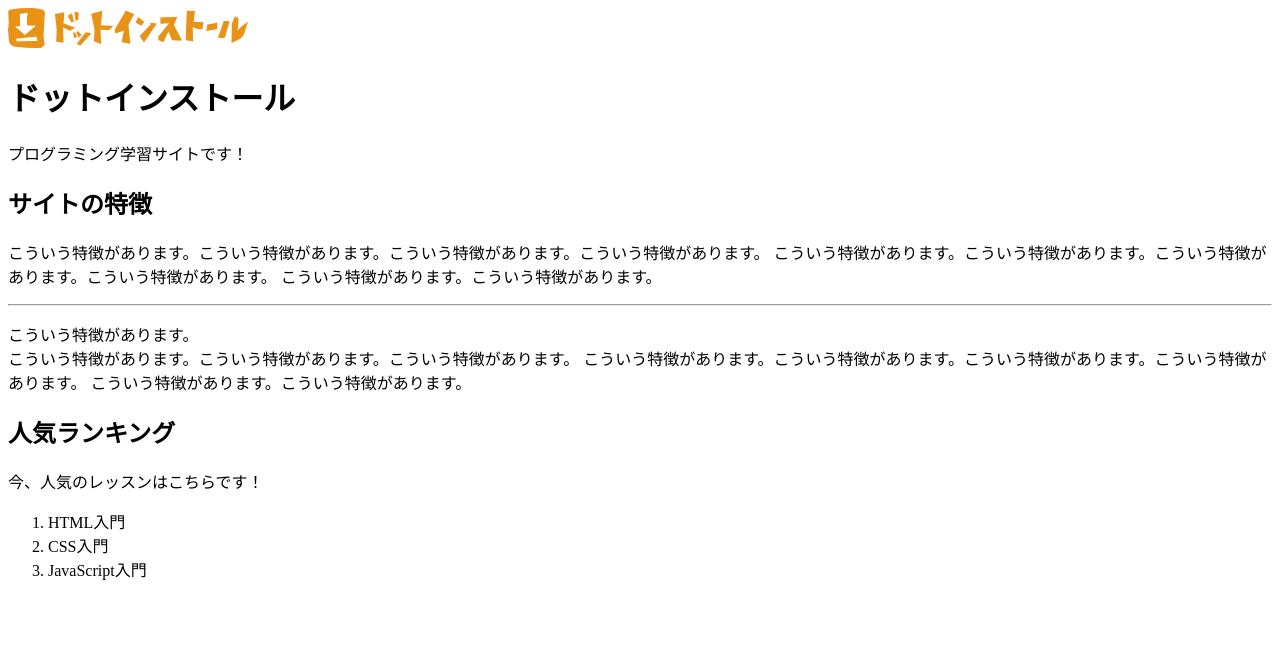
Repository: kojimayu/dotinstall-html
Page: index.html
The author's editor kept a copy of each file at every save. The page is drawn from the files as they stood at one save, then again after the next save.
The browser window is 1280 px wide. The pictures show the whole page.

Above is the page before, as saved 2019-04-04 17:31:50.

### index.html
<!DOCTYPE html>
<html lang="ja">

<head>
    <meta charset="UTF-8">
    <title>ドットインストール</title>
    <meta name="description" content="プログラミング学習サイトのドットインストールです。">
    <link rel="icon" href="img/favicon.ico">
</head>

<body>
    <img src="img/logo.png" alt="ドットインストールのロゴです" width="240" height="40">
    <h1>ドットインストール</h1>
    <p>プログラミング学習サイトです！</p>

    <h2>サイトの特徴</h2>
    <p>こういう特徴があります。こういう特徴があります。こういう特徴があります。こういう特徴があります。
        こういう特徴があります。こういう特徴があります。こういう特徴があります。こういう特徴があります。
        こういう特徴があります。こういう特徴があります。
    </p>
    <hr>
    <p>こういう特徴があります。<br>こういう特徴があります。こういう特徴があります。こういう特徴があります。
        こういう特徴があります。こういう特徴があります。こういう特徴があります。こういう特徴があります。
        こういう特徴があります。こういう特徴があります。
    </p>

    <h2>人気ランキング</h2>
    <p>今、人気のレッスンはこちらです！</p>
    <ol>
        <li>HTML入門</li>
        <li>CSS入門</li>
        <li>JavaScript入門</li>
    </ol>

</body>

</html>

After the next save:
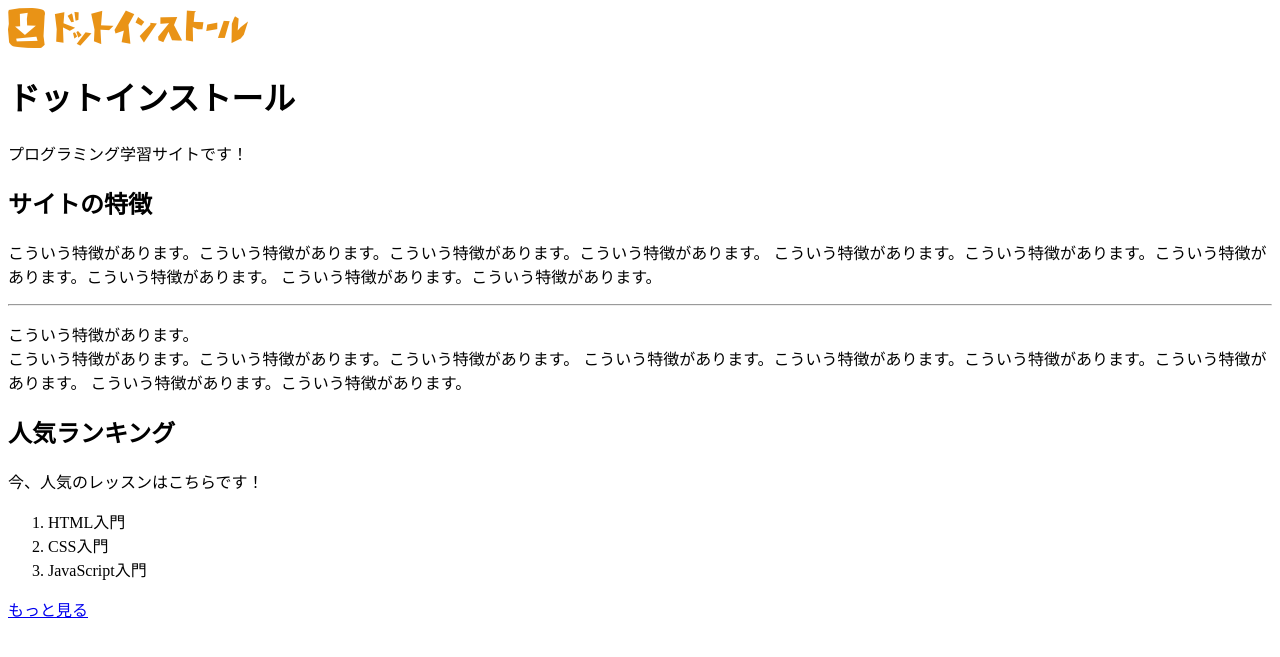
Saved 6 s later.
--- a/index.html
+++ b/index.html
@@ -31,6 +31,7 @@
         <li>CSS入門</li>
         <li>JavaScript入門</li>
     </ol>
+    <p><a href="more_lessons.html">もっと見る</a></p>
 
 </body>
 
